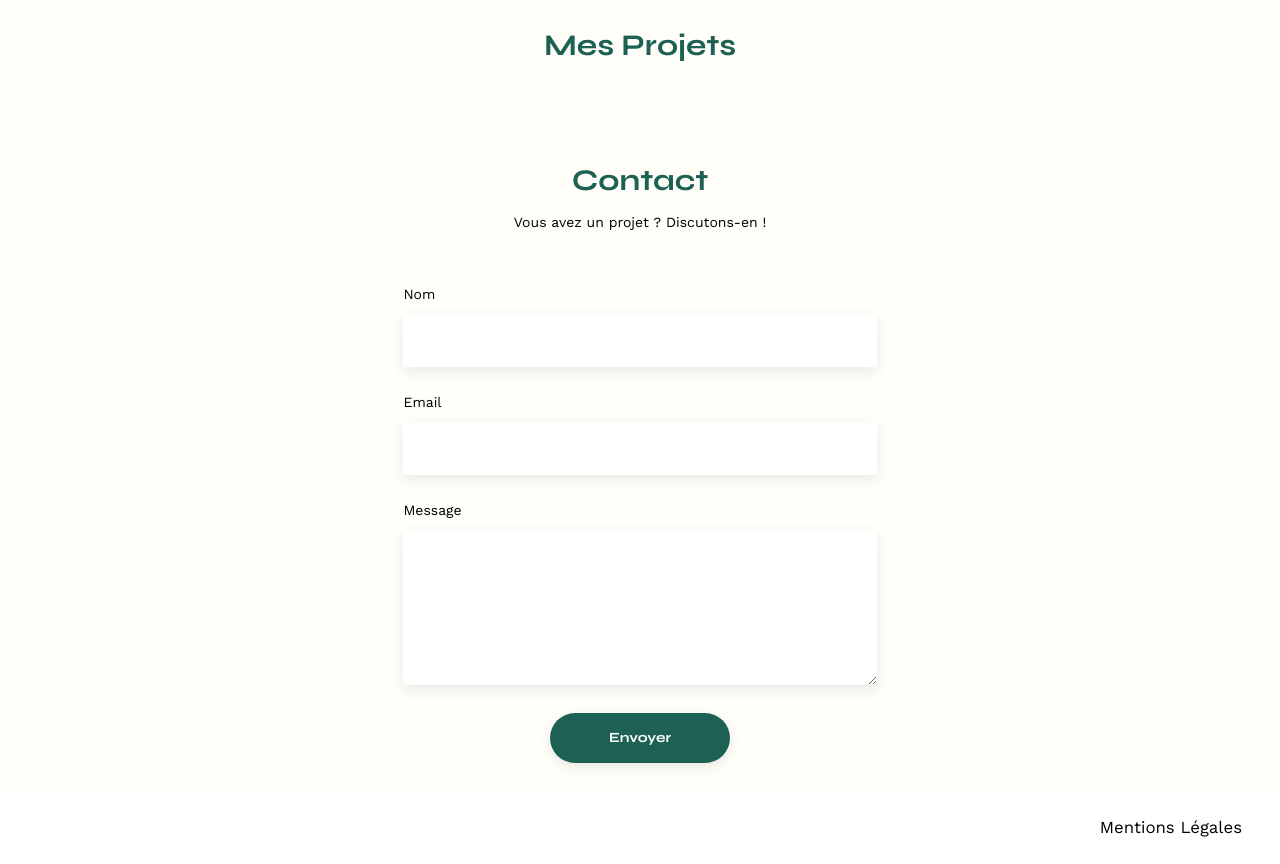
Repository: moopits/p6
Page: FrontEnd/index.html
An editor plug-in stored every save of this project. The page is shown before and after the next save, followed by the edit.
The browser window is 1280 px wide. The pictures show the part of the page from y = 486 to 1366 px (the page is 1350 px tall before and 1366 px after).
A picture or video elsewhere on the page could not be fetched, so the positions and the page height are approximate. The page's requests for data from a server got no answer.

Above is the page before, as saved 2024-02-16 03:16:19.

### FrontEnd/index.html
<!DOCTYPE html>

<html lang="fr">

<head>
	<meta charset="UTF-8">
	<title>Sophie Bluel - Architecte d'intérieur - Index</title>
	<meta name="viewport" content="width=device-width, initial-scale=1.0">
	<link rel="preconnect" href="https://fonts.googleapis.com">
	<link rel="preconnect" href="https://fonts.gstatic.com" crossorigin>
	<link href="https://fonts.googleapis.com/css2?family=Syne:wght@700;800&family=Work+Sans&display=swap"
		rel="stylesheet">
	<link rel="icon" type="image/png" href="./assets/icons/instagram.png">
	<link rel="stylesheet" href="https://cdnjs.cloudflare.com/ajax/libs/font-awesome/6.5.1/css/all.min.css"
		integrity="sha512-DTOQO9RWCH3ppGqcWaEA1BIZOC6xxalwEsw9c2QQeAIftl+Vegovlnee1c9QX4TctnWMn13TZye+giMm8e2LwA=="
		crossorigin="anonymous" referrerpolicy="no-referrer">
	<meta name="description" content="">
	<link rel="stylesheet" href="./assets/style.css">
</head>

<body>
	<div id="index_html_bkg">
		<div class="setBlackAdmin showOn">
			<span class="fontSize16"><i class="fa-regular fa-pen-to-square"></i>Mode édition</span>
		</div>
		<div id='index_html_bkg_site'>

			<header class="setHeader">
				<div class="setTitleNav">
					<h1>Sophie Bluel <span>Architecte d'intérieur</span></h1>
					<nav>
						<ul>
							<li><a href="#portfolio">projets</a></li>
							<li><a href="#contact">contact</a></li>
							<li><a id="loginA" class="clic_l_logOut" href="./html/loginAdmin.html"
									target="_self">login</a></li>
							<li><img id="iconSize" src="./assets/icons/instagram.png" alt="Instagram"></li>
						</ul>
					</nav>
				</div>
			</header>
			<main id="mainCenter">
				<!--SECTION introduction/presentation-->
				<section id="introduction">
					<figure>
						<img src="./assets/images/sophie-bluel.png" alt="">
					</figure>
					<article>
						<h2>Designer d'espace</h2>
						<p>Je raconte votre histoire, je valorise vos idées. Je vous accompagne de la conception à la
							livraison
							finale du chantier.</p>
						<p>Chaque projet sera étudié en commun, de façon à mettre en valeur les volumes, les matières et
							les
							couleurs dans le respect de l’esprit des lieux et le choix adapté des matériaux. Le suivi du
							chantier sera assuré dans le souci du détail, le respect du planning et du budget.</p>
						<p>En cas de besoin, une équipe pluridisciplinaire peut-être constituée : architecte DPLG,
							décorateur(trice)</p>
					</article>
				</section>
				<!--SECTION affichage button & gallery-->
				<section id="portfolio">
					<div class="containerProjets">
						<h2>Mes Projets</h2>
						<span class="showOn">
							<i class="fa-regular fa-pen-to-square"></i>
							<button id="clic_b_modifier" class="decoButton fontSize14">modifier</button>
						</span>
					</div>
					<!--affichage button-->
					<div class="containerButtons">
					</div>
					<!--affichage gallery-->
					<div class="gallery showFigCaption">
					</div>
				</section>
				<!--SECTION FORMULAIRE CONTACT-->
				<section id="contact">
					<h2>Contact</h2>
					<p>Vous avez un projet ? Discutons-en !</p>
					<form action="#" method="">
						<label for="name">Nom</label>
						<input type="text" name="name" id="name" autocomplete="off">
						<label for="email">Email</label>
						<input type="email" name="email" id="email" autocomplete="off">
						<label for="message">Message</label>
						<textarea name="message" id="message" cols="30" rows="10"></textarea>
						<input type="submit" value="Envoyer">
					</form>
				</section>
				<!--FENETRE MODAL-->
				<dialog id="modal" class="modal">
					<div class="modal-main">
						<button id="modal-btn-arrow"><i class="fa-solid fa-arrow-left styleArw"></i></button>
						<!-- display NONE-->
						<button id="modal-btn-close"><i class="fa-solid fa-xmark sizeCls "></i></button>
						<h2>Galerie photo</h2> <!-- DOM modif-->
						<section id="modal-body">
							<div id="modal-section-div-1" class="gallery">
							</div>
							<div id="modal-section-div-2">
								<form id="sendWorkForm" class="style-form">
									<div class="modal-style-2">
										<i id="icon-img" class="fa-regular fa-image icon-img-size"></i>
										<label id="label-input-file" class="styleFontShape2" for="file-upload">+ Ajouter
											photo</label>
										<input id="file-upload" type="file">
										<img id="preview" alt="file uploaded">
										<span class="textSpanBtnGrey">jpg, png : 4mo max</span>
									</div>
									<label for="title">Titre</label>
									<input type="text" id="title" placeholder="Titre">
									<label for="select-option">Catégories</label>
									<select id="select-option">
									</select>
									<hr>
									<input id="modal-btn-valider" class="styleFontShape" type="submit" value="Valider">
								</form>
							</div>
							<!-- fin de formulaire modal 2-->
							<div id="display-btn-hr" class="display-btn-hr">
								<hr>
								<button id="modal-btn-ajouter" class="styleFontShape">Ajouter une photo</button>
							</div>
						</section>
					</div>
				</dialog>
				<!--FENETRE MODAL DELETE OUI/NON CONFIRME-->
				<dialog id="modalDialogBkgGrey">
					<div id="modalDialogBkgGrey_realModal">
						<h1 id="styleH1Dialog">Confirmer Suppression</h1>
						<div class="styleDivDialog">
							<button id="oui" class="styleButtDialog">oui</button>
							<button id="non" class="styleButtDialog non">non</button>
						</div>
					</div>
				</dialog>

				<!--<section id="modal2-form" class="modal2-form-display">
					<form id="sendWorkForm" action="http://localhost:5678/api/categories" method="post">
						<label for="name">Titre</label>
						<input type="text" name="nom" placeholder="Nnom du fichier">
						<select name="choix">
							<option value="1">choix 1</option>
							<option value="2">Choix 2</option>
							<option value="3">Choix 3</option>
						</select>
						<input type="submit" value="Valider">
					</form>
				</section>-->

			</main>
		</div>
	</div>

	<footer id="footerCenter">
		<nav>
			<ul>
				<li>Mentions Légales</li>
			</ul>
		</nav>
	</footer>
	<script type="module" src="./js/index.js"></script>

</body>

</html>

### FrontEnd/assets/style.css
/* http://meyerweb.com/eric/tools/css/reset/
   v2.0 | 20110126
   License: none (public domain)
*/

html,
body,
div,
span,
applet,
object,
iframe,
h1,
h2,
h3,
h4,
h5,
h6,
p,
blockquote,
pre,
a,
abbr,
acronym,
address,
big,
cite,
code,
del,
dfn,
em,
img,
ins,
kbd,
q,
s,
samp,
small,
strike,
strong,
sub,
sup,
tt,
var,
b,
u,
i,
center,
dl,
dt,
dd,
ol,
ul,
li,
fieldset,
form,
label,
legend,
table,
caption,
tbody,
tfoot,
thead,
tr,
th,
td,
article,
aside,
canvas,
details,
embed,
figure,
figcaption,
footer,
header,
hgroup,
menu,
nav,
output,
ruby,
section,
summary,
time,
mark,
audio,
video {
	margin: 0;
	padding: 0;
	border: 0;
	font-size: 100%;
	font: inherit;
	vertical-align: baseline;
}

/* HTML5 display-role reset for older browsers */
article,
aside,
details,
figcaption,
figure,
footer,
header,
hgroup,
menu,
nav,
section {
	display: block;
}

body {
	line-height: 1;

}

ol,
ul {
	list-style: none;
}

blockquote,
q {
	quotes: none;
}

blockquote:before,
blockquote:after,
q:before,
q:after {
	content: '';
	content: none;
}

table {
	border-collapse: collapse;
	border-spacing: 0;
}

/** end reset css**/
body {
	/*max-width: 1140px;
	margin: auto;*/

	font-family: 'Work Sans';
	font-size: 14px;
	background-color: #FFFEF8;
}

header {
	display: flex;
	justify-content: space-between;
	padding: 50px 0;
}

section {
	margin: 50px 0
}

h1 {
	display: flex;
	flex-direction: column;
	font-family: 'Syne';
	font-size: 22px;
	font-weight: 800;
	color: #B1663C
}

h1>span {
	font-family: 'Work Sans';
	font-size: 10px;
	letter-spacing: 0.1em;
	;
}

h2 {
	font-family: 'Syne';
	font-weight: 700;
	font-size: 30px;
	color: #1D6154
}

nav ul {
	display: flex;
	align-items: center;
	list-style-type: none;

}

nav li {
	padding: 0 10px;
	font-size: 1.2em;
}

li:hover {
	color: #B1663C;
}

#introduction {
	display: flex;
	align-items: center;
}

#introduction figure {
	flex: 1
}

#introduction img {
	display: block;
	margin-right: auto;
	width: 80%;
}

#introduction article {
	flex: 1
}

#introduction h2 {
	margin-bottom: 1em;
}

#introduction p {
	margin-bottom: 0.5em;
}

#portfolio h2 {
	text-align: center;
	/*margin-bottom: 1em;*/
}

.gallery {
	width: 100%;
	display: grid;
	grid-template-columns: 1fr 1fr 1fr;
	grid-column-gap: 20px;
	grid-row-gap: 20px;
	/*background-color: #913636;*/
}

.gallery img {
	width: 100%;
	height: 100%;
	object-fit: cover;
}

.show-on-off {
	display: none;
	width: 100%;
	height: 100%;
	display: flex;
	flex-direction: column;
	justify-content: flex-start;
	/*background-color: #8b0505;*/
}



#contact {
	width: 50%;
	margin: auto;
}

#contact>* {
	text-align: center;

}

#contact h2 {
	margin-bottom: 20px;
}

#contact form {
	text-align: left;
	margin-top: 30px;
	display: flex;
	flex-direction: column;
}

#contact input {
	height: 50px;
	/*font-size: 1.2em;*/
	border: none;
	box-shadow: 0px 4px 14px rgba(0, 0, 0, 0.09);
}

#contact label {
	margin: 2em 0 1em 0;
}

#contact textarea {
	border: none;
	box-shadow: 0px 4px 14px rgba(0, 0, 0, 0.09);
}

input[type="submit"] {
	font-family: 'Syne';
	font-weight: 700;
	font-size: 14px;
	line-height: 17px;
	letter-spacing: 0em;
	color: white;
	background-color: #1D6154;
	margin: 2em auto;
	width: 180px;
	text-align: center;
	border-radius: 60px;
}

footer nav ul {
	background-color: #ffffff;
	display: flex;
	justify-content: flex-end;
	padding: 2em;
}

/* NEW */
#portfolio .containerButtons {
	width: 100%;
	height: auto;
	margin-left: auto;
	margin-right: auto;
	margin-bottom: 25px;
	/*border: 1px solid red;*/
	/* pour visualisation */
	display: flex;
	justify-content: center;
	align-items: center;
	flex-wrap: wrap;
}

.containerButtons .styleFont {
	/*font-family: 'Syne';
	font-weight: 700;
	font-size: 1.2em;*/
	color: #1D6154;
	font-family: Syne;
	font-size: 16px;
	font-weight: 700;
	line-height: 19px;
	letter-spacing: 0em;
}

.containerButtons .styleShape {
	background-color: #ffffff;
	border: 1px solid #1D6154;
	width: auto;
	padding-left: 1em;
	padding-right: 1em;
	padding-bottom: 0.4em;
	padding-top: 0.4em;
	margin-left: 10px;
	margin-right: 10px;
	margin-bottom: 10px;
	text-align: center;
	border-radius: 60px;
}

.styleShape:hover {
	background-color: #1D6154;
	color: white;
	cursor: pointer;
}

/* FILTER color button ON-OFF */
.containerButtons .filter-active {
	background-color: #1D6154;
	color: white;
}

.containerButtons .filter-no-active {
	background-color: #1D6154;
	color: white;
}

.info-window {
	position: absolute;
	top: 50%;
	left: 50%;
	transform: translate(-50%, -50%);
	background-color: #ffffff;
	padding: 10px;
	border-radius: 5px;
}

.info-window>span {
	font-size: 16px;
	font-weight: bold;
	color: green;
}

header nav a {
	/*text-decoration: none;*/
	all: unset;
	cursor: pointer;
}

/* body {
	box-sizing: border-box;
	padding: 0px;
	margin: 0px;
	display: flex;
	justify-content: center;
	align-items: center;
  }*/

#index_html_bkg {
	background-color: #FFFEF8;
	width: 100%;
	height: min-content;
	/*border:  2px solid red;*/
	/*box-sizing: border-box;
	padding: 0px;
	margin: 0px;*/
}

#index_html_bkg_site {
	background-color: #FFFEF8;
	max-width: 1140px;
	margin: auto;
	height: min-content;
	/*box-sizing: border-box;
	padding: 0px;
	margin: 0px;*/
}

#loginAdmin_html {
	background: #FFFEF8;
	width: 100%;
	height: min-content;
}

#bkg_header {
	background-color: #ffffff;
}

#mainCenter {
	width: 83%;
	margin: auto;
}

#footerCenter {
	width: auto;
	margin: auto;
}


#containerDiv_a {
	padding-bottom: 400px;
}

#color {
	color: black;
}

#underline {
	display: block;
	text-align: inherit;
}

input[type="submit"] {
	cursor: pointer;
}

#logInForm {
	width: 50%;
	margin: auto;
}

#weigthFont {
	font-weight: 600;
}

#iconSize {
	width: 22px;
	height: 22px;
}

.fontSize16 {
	font-family: Work Sans;
	font-size: 16px;
	font-weight: 400;
	color: #ffffff;
}

.fontSize14 {
	font-family: Work Sans;
	font-size: 14px;
	font-weight: 400;
	color: #000000;
}

.containerProjets {
	width: 100%;
	height: 100%;
	display: flex;
	justify-content: center;
	align-items: center;
	margin-bottom: 30px;
}

.fa-regular {
	margin-left: 25px;
	margin-right: 7px;
	font-size: 15px;
}

.displayButtonLogOut {
	display: none;
}

.setBlackAdmin {
	width: 100%;
	height: 50px;
	display: flex;
	justify-content: center;
	align-items: center;
	background-color: black;
}

.setHeader {
	display: flex;
	flex-direction: column;
}

.setTitleNav {
	display: flex;
	justify-content: space-between;
}

.showOn {
	display: none;
}

.decoButton {
	border: none;
	background-color: transparent;
	cursor: pointer;
}

/** Modal **/
.modal {
	left: 0;
	top: 0;
	width: 100%;
	height: 100%;
	position: fixed;
	overflow: auto;
	z-index: 1;
	background-color: rgba(0, 0, 0, 0.3);
	display: none;
}

.modal-main {
	border-radius: 5px;
	width: 630px;
	display: flex;
	flex-direction: column;
	align-items: center;
	justify-content: space-between;
	padding-bottom: 35px;
	margin-top: 100px;
	margin-bottom: 100px;
	margin-left: auto;
	margin-right: auto;
	position: relative;
	background-color: white;
}

#modal-btn-close {
	/* button close */
	position: absolute;
	top: 20px;
	right: 20px;
	border: none;
	background-color: transparent;
	cursor: pointer;
	height: auto;
	width: auto;
	padding: 0px;
	/*background-color: transparent;*/
	/*color: black;*/
	/*display: flex;
	align-items: center;
	justify-content: center;*/
	/*font-weight: 600;
	font-size: large;*/
}

.modal-main h2 {
	font-family: 'Work Sans';
	font-weight: 400;
	font-size: 26px;
	line-height: 30px;
	color: black;
	margin-top: 60px;
}

.modal .gallery {
	margin-top: 0px;
	margin-left: auto;
	margin-right: auto;
	padding-bottom: 0px;
	margin-bottom: 0px;
	display: grid;
	grid-template-columns: 80px 80px 80px 80px 80px;
	grid-column-gap: 10px;
	grid-row-gap: 20px;
	width: auto;
	/*border-bottom: 1px solid rgb(0, 0, 0);*/
}

/* position icon TRASH-CAN fentre modal */
.div-absolute {
	position: absolute;
	z-index: 20;
	top: 5px;
	right: 5px;
	width: 17px;
	height: 17px;
	border-radius: 2px;
	border: 0px;
	background-color: #000000;
	display: flex;
	justify-content: center;
	align-items: center;
}

.setRelative {
	position: relative;
}

.fa-solid {
	color: #ffffff;
	font-size: 11px;
}

.center {
	display: flex;
	justify-content: center;
	align-items: center;
}

/* style button modal */
.styleFontShape {
	font-family: 'Syne';
	font-size: 14px;
	font-weight: 700;
	line-height: 17px;
	letter-spacing: 0em;
	color: #1D6154;
	background-color: #ffffff;
	border: 1px solid #1D6154;
	width: auto;
	padding-left: 1em;
	padding-right: 1em;
	padding-bottom: 0.4em;
	padding-top: 0.4em;
	margin-top: 20px;
	margin-left: 10px;
	margin-right: 10px;
	margin-bottom: 10px;
	text-align: center;
	border-radius: 60px;
}

.styleFontShape:hover {
	background-color: #1D6154;
	color: white;
	cursor: pointer;
}

.styleFontShape2 {
	color: #306685;
	background-color: #A7A7A7;
	border: 1px solid #A7A7A7;
	font-family: 'Work Sans';
	font-weight: 500;
	font-size: 14px;
	line-height: 16px;
	letter-spacing: 0em;
	width: auto;
	padding-left: 1em;
	padding-right: 1em;
	padding-bottom: 0.4em;
	padding-top: 0.4em;
	margin-top: 10px;
	margin-left: 10px;
	margin-right: 10px;
	margin-bottom: 10px;
	text-align: center;
	border-radius: 60px;
}

.styleFontShape2:hover {
	background-color: #A7A7A7;
	color: #ffffff;
	cursor: pointer;
}

.styleFontShape3 {
	color: #ffffff;
	background-color: #A7A7A7;
	border: 1px solid #A7A7A7;
	font-family: 'Syne';
	font-weight: 700;
	font-size: 14px;
	line-height: 16px;
	letter-spacing: 0em;
	width: auto;
	padding-left: 70px;
	padding-right: 70px;
	padding-bottom: 0.4em;
	padding-top: 0.4em;
	margin-top: 10px;
	margin-left: 10px;
	margin-right: 10px;
	margin-bottom: 10px;
	text-align: center;
	border-radius: 60px;
}

.styleFontShape3:hover {
	background-color: #A7A7A7;
	color: #ffffff;
}

/************* modal oui/non *************/


.modal-header {
	padding: 10px;
}

.modal-body {
	padding: 10px;
}

.modal-footer {
	padding: 10px;
	text-align: right;
}

.btn {
	padding: 10px 20px;
	border-radius: 5px;
}

.btn-primary {
	background-color: #007bff;
	color: #fff;
}

.btn-secondary {
	background-color: #999;
	color: #fff;
}

/************ fin modal oui/non ***********/
#modalDialogBkgGrey {
	/* shape container dialog */
	left: 0;
	top: 0;
	width: 100%;
	height: 100%;
	margin: 0px;
	padding: 0px;
	position: fixed;
	overflow: auto;
	z-index: 10;
	background-color: rgba(0, 0, 0, 0.3);
}

#modalDialogBkgGrey_realModal {
	box-sizing: border-box;
	width: 140px;
	height: 100px;
	margin-left: auto;
	margin-right: auto;
	margin-top: 100px;
	border-radius: 5px;
	background-color: rgba(255, 255, 255, 1);
	border: 1px solid #1D6154;
	z-index: 100;
	display: flex;
	flex-direction: column;
	justify-content: center;
	align-items: center;


	/*box-shadow: #000000;*/
}

#styleH1Dialog {
	text-align: center;
	margin-top: 10px;
	margin-bottom: 10px;
	font-family: Work Sans;
	font-size: 14px;
	font-weight: 800;
	color: #8b0505;
}

.styleDivDialog {
	/* container button OUI/NON */
	width: 100%;
	height: 100%;
	display: flex;
	justify-content: space-evenly;
	align-items: center;
}

.styleButtDialog {
	font-family: 'Syne';
	font-weight: 400;
	font-size: 10px;
	color: #1D6154;
	background-color: #ffffff;
	border: 1px solid #1D6154;
	width: auto;
	padding-left: 1em;
	padding-right: 1em;
	padding-bottom: 0.4em;
	padding-top: 0.4em;
	/*margin-left: 10px;
		margin-right: 10px;
		margin-bottom: 10px;
		margin-top: 10px;*/
	text-align: center;
	border-radius: 60px;
}

.styleButtDialog:hover {
	background-color: #1D6154;
	color: white;
	cursor: pointer;
}

#modal-btn-arrow {
	/* button arrow */
	position: absolute;
	top: 20px;
	left: 20px;
	border: none;
	background-color: transparent;
	cursor: pointer;
	height: auto;
	width: auto;
	display: none;
	/* inline-block; -> modal 2 */
	padding: 0px;
	/*background-color: transparent;*/
	/*color: black;*/
	/*display: flex;
	align-items: center;
	justify-content: center;*/
	/*font-weight: 600;
	font-size: 30px;*/
}

.sizeCls {
	font-size: 17px;
	margin-top: 0px;
}

.styleArw {
	font-size: 20px;
}

.modal-main #modal-btn-arrow i,
.modal-main #modal-btn-close i {
	color: #000000;
}

.modal-main .modal-style {
	/* style modal 2 */
	width: 100%;
	height: 169px;
	margin: 0px 0px 5px;
	background-color: #E8F1F6;
	/* a enlever */
	border-radius: 3px;
	display: flex;
	justify-content: center;
	align-items: center;
	/*margin-top: 50px;
	margin-left: auto;
	margin-right: auto;
	padding-bottom: 50px;
	margin-bottom: 30px;*/
	/*border-bottom: 1px solid rgba(179, 179, 179, 1);*/
}

.modal-main .modal-style-2 {
	/* style modal 2 */
	width: 100%;
	height: fit-content;
	background-color: #E8F1F6;
	/* a enlever */
	display: flex;
	flex-direction: column;
	justify-content: center;
	align-items: center;
	/*margin-top: 50px;
	margin-left: auto;
	margin-right: auto;
	padding-bottom: 50px;
	margin-bottom: 30px;*/
	/*border-bottom: 1px solid rgba(179, 179, 179, 1);*/
}

.modal-main .modal-style .modal-style-2 i {
	color: #B9C5CC;
}

.icon-img-size {
	font-size: 67px;
	padding: 0px;
	margin: 0px;
	color: #B9C5CC;
}

.modal-1-display {
	display: inline-block;
}

.modal-2-display {
	display: none;
}

#modal-body {
	width: 440px;
	display: flex;
	flex-direction: column;
	justify-content: center;
	align-items: center;
}

#modal-section-div-2 {
	width: 100%;
	height: fit-content;
	margin-top: 0px;
	display: flex;
	flex-direction: column;
	justify-content: center;
	align-items: center;
	/*background-color: #B1663C;*/
}

#modal-section-div-2 hr {
	width: 100%;
	border: none;
	border-top: 1px solid #000;
	/* Couleur de la ligne (noir dans cet exemple) */
	margin: 20px 0 20px;
}

.btn-color-grey-modal-2 {
	font-family: 'Work Sans';
	font-weight: 500;
	font-size: 14px;
	line-height: 16px;
	letter-spacing: 0em;
	text-align: center;
	color: #306685;
	background-color: #CBD6DC;
	border-color: #CBD6DC;
}

.btn-color-grey-modal-2:hover {
	color: #306685;
	background-color: #CBD6DC;
	border-color: #CBD6DC;
}

.textSpanBtnGrey {
	font-family: Work Sans;
	font-weight: 400;
	font-size: 10px;
	line-height: 12px;
	letter-spacing: 0em;
	text-align: center;
	color: #444444;
	margin-top: 0px;
	margin-bottom: 0px;
	padding-bottom: 10px;
}

.style-form {
	width: 100%;
	height: 100%;
	text-align: left;
	margin-top: 30px;
	margin-left: auto;
	margin-right: auto;
	display: flex;
	flex-direction: column;
	/*justify-content: center;
	align-items: center;*/
}

.style-form input,
.style-form select {
	/*height: 1.2rem;*/
	/*font-size: 1.2em;*/
	border: none;
	box-shadow: 0px 4px 14px rgba(0, 0, 0, 0.09);
	font-family: Work Sans;
	font-size: 14px;
	font-weight: 400;
	line-height: 16px;
	letter-spacing: 0em;
	height: 52px;
}

.style-form select {
	margin-bottom: 20px;
}


.style-form label {
	margin: 2em 0 1em 0;
	font-family: Work Sans;
	font-size: 14px;
	font-weight: 500;
	line-height: 16px;
	letter-spacing: 0em;
}

.display-btn-hr {
	width: 100%;
	height: 100%;
	text-align: center;
}

.select-option-form {
	text-align: left;
	margin-top: 30px;
	display: flex;
	flex-direction: column;
}

input[type="file"] {
	display: none;
}

.modal-style-2 img {
	display: none;
	height: 169px;
	width: 200px;
	object-fit: cover;
}

### FrontEnd/js/components/domLinker.js

// get div element where figure element will be as child, with class='gallery'
export const gallery = document.querySelector('.gallery')
console.log(gallery)
// get div element where button element will be as child, with class='containerButtons'
export const filterContainer = document.querySelector(".containerButtons")
console.log(filterContainer)


export const loginA = document.getElementById('loginA')

/*** LOGIN ***/
export const email = document.querySelector('#email')
export const password = document.querySelector('#password')
export const formLogIn = document.querySelector('#mainCenter #logInForm')

/*** MODAL ***/
export const modal = document.getElementById('modal')
export const modalBody = document.getElementById('modal-body')
export const modalBtnClose = document.getElementById('modal-btn-close')
// bouton AJOUTER modal 2
export const modalBtnAjouter = document.getElementById('modal-btn-ajouter')
// fleche retour modal 1
export const modalBtnArrow = document.getElementById('modal-btn-arrow')
export const galleryModal = document.querySelector('.modal .gallery')
export const modalSection2 = document.getElementById('modal-section-div-2')
export const containerBtnAdd = document.getElementById('display-btn-hr')
// select category
export const selectCategory = document.getElementById('select-option')
// input type file
export const inputFile = document.getElementById('file-upload')
export const iconImg = document.getElementById('icon-img')
export const labelInputFile = document.getElementById('label-input-file')
export const textSpanBtnGrey = document.querySelector('.textSpanBtnGrey')
export const preview = document.getElementById('preview')
export const titleInput = document.getElementById('title')
export const btnValidateAddPhoto = document.getElementById('modal-btn-valider')
export const formAddPhoto = document.getElementById('sendWorkForm')

Loaded but not shown: FrontEnd/js/index.js (249 lines, source omitted); FrontEnd/js/components/modal.js (128 lines, source omitted); FrontEnd/js/components/api.js (88 lines, source omitted)

After the next save:
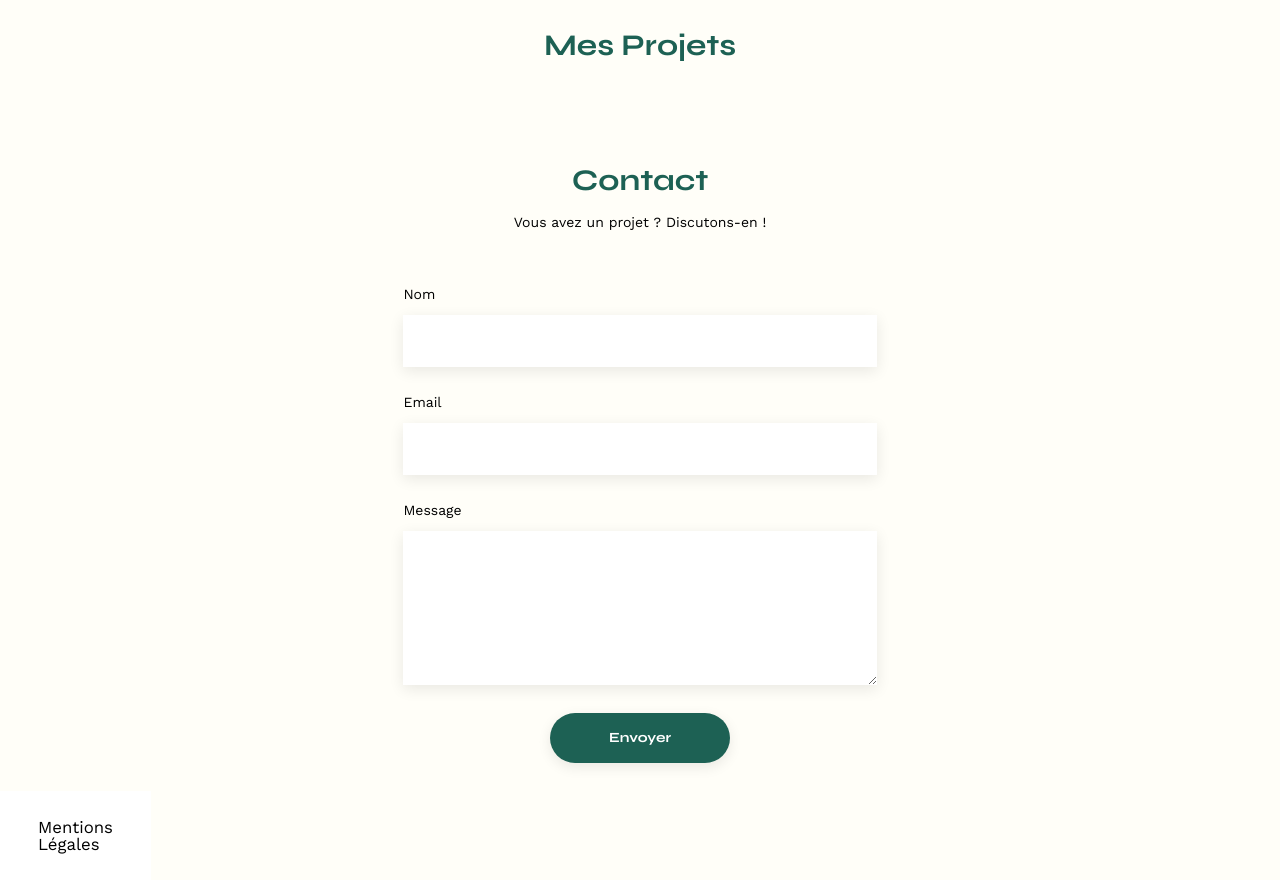
Saved 51 min 43 s later.
--- a/FrontEnd/index.html
+++ b/FrontEnd/index.html
@@ -154,7 +154,7 @@
 	</div>
 
 	<footer id="footerCenter">
-		<nav>
+		<nav class="footer-nav">
 			<ul>
 				<li>Mentions Légales</li>
 			</ul>
--- a/FrontEnd/assets/style.css
+++ b/FrontEnd/assets/style.css
@@ -437,10 +437,16 @@ header nav a {
 }
 
 #footerCenter {
-	width: auto;
+	width: 100%;
 	margin: auto;
 }
 
+.footer-nav {
+	width: 100px;
+    display: flex;
+    justify-content: space-around;
+    align-items: center;
+}
 
 #containerDiv_a {
 	padding-bottom: 400px;
@@ -1047,3 +1053,6 @@ input[type="file"] {
 	width: 200px;
 	object-fit: cover;
 }
+
+.footer-nav {
+}
